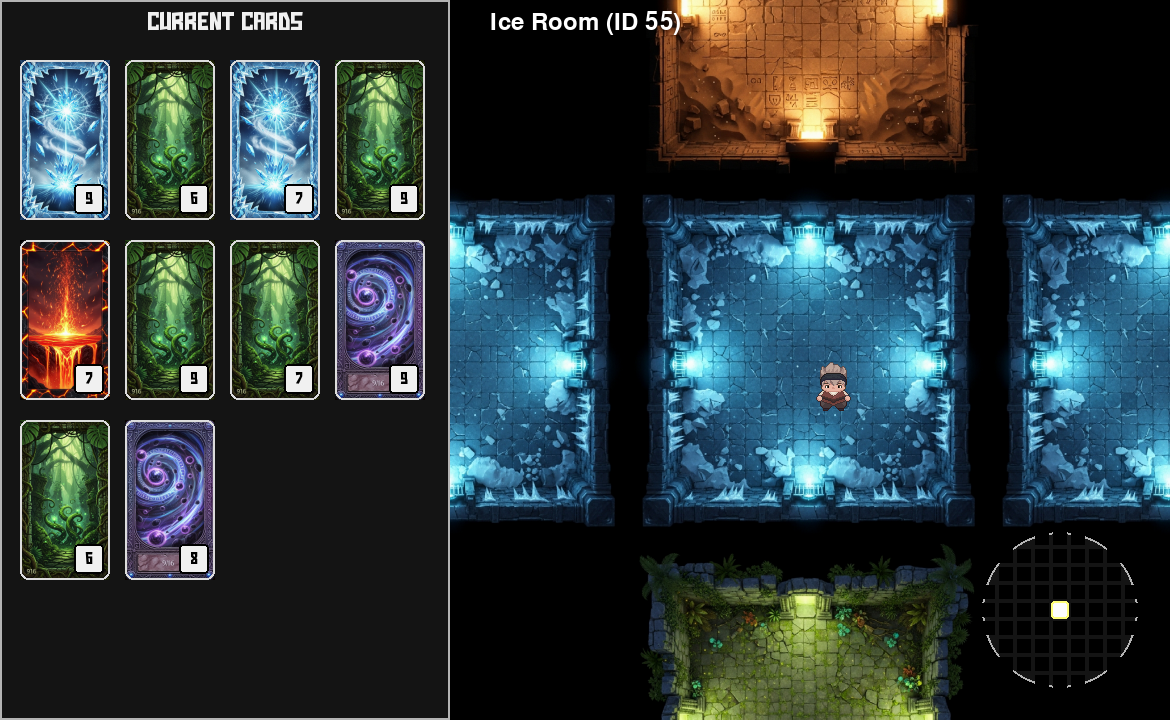
Repository: MehediMim/GateBound
Script's output: python main.py
An editor plug-in stored every save of this project. The script's output is shown before and after a run of saves, followed by the edit.
The window is shown after at most 60 frames with no key pressed. Random numbers start from a fixed seed. It also reads assets/bg_arcane.png, assets/bg_desert.png, assets/bg_ice.png, assets/bg_jungle.png, assets/bg_volcanic.png, assets/card_arcane.jpeg, assets/card_desert.jpeg, assets/card_ice.jpeg, assets/card_jungle.jpeg, assets/card_volcanic.jpeg, assets/player_idle.png, assets/player_walk.png and 1 more files.

Above is the script's output before, as saved 2026-01-27 00:08:00.

### main.py
import pygame
import sys
import random

# =========================
# CONFIG
# =========================
ROOM_ORIGINAL = 720
ROOM_SCALE = 0.5
ROOM_DRAW = int(ROOM_ORIGINAL * ROOM_SCALE)  # 512
FPS = 60
PLAYER_SPEED = 5
DEBUG = False
CARD_WIDTH  = 90
CARD_HEIGHT = 160   # 180 × 16 / 9 ≈ 320

CAN_PASS_DOOR = False

FRAME_SIZE = 64
FRAMES_PER_ROW = 4



DIR_ROW = {
    "bottom": 0,
    "left": 1,
    "top": 2,
    "right": 3
}

selected_card_index = None
show_swap_ui = False

explored_rooms = set()



GRID_W = 10
GRID_H = 10

visited_rooms = set()


# =========================
# UI / LAYOUT (IMPORTANT)
# =========================
SIDEBAR_W = 450            # LEFT UI ONLY
PREVIEW_MARGIN = ROOM_DRAW // 2     # space for half rooms

SCREEN_WIDTH  = SIDEBAR_W + ROOM_DRAW + PREVIEW_MARGIN * 2
SCREEN_HEIGHT = ROOM_DRAW + PREVIEW_MARGIN * 2

CARD_TYPES = ["Jungle", "Desert", "Ice", "Volcanic", "Arcane"]
CARD_MIN_POWER = 1
CARD_MAX_POWER = 9
MAX_CARDS = 10

selected_card_indices = set()


# One card per gate (fixed once generated)
gate_cards = {
    "top":    {"reward": None, "power": None},
    "bottom": {"reward": None, "power": None},
    "left":   {"reward": None, "power": None},
    "right":  {"reward": None, "power": None},
}

def create_random_card():
    return {
        "type": random.choice(CARD_TYPES),
        "power": random.randint(CARD_MIN_POWER, CARD_MAX_POWER)
    }
cards = []
for _ in range(MAX_CARDS):
    c = create_random_card()
    c["power"] = random.randint(6, CARD_MAX_POWER)  # stronger start
    cards.append(c)

def init_gate_cards():
    for d in gate_cards:
        power = random.randint(CARD_MIN_POWER, CARD_MAX_POWER)
        gate_cards[d]["power"] = power

        reward = create_random_card()
        reward["power"] = power   # SAME POWER
        gate_cards[d]["reward"] = reward





# =========================
# INIT
# =========================
pygame.init()
screen = pygame.display.set_mode((SCREEN_WIDTH, SCREEN_HEIGHT))
idle_sheet = pygame.image.load("assets/player_idle.png").convert_alpha()
walk_sheet = pygame.image.load("assets/player_walk.png").convert_alpha()

pygame.display.set_caption("Tower Puzzle — Rooms (10x10)")
clock = pygame.time.Clock()

font = pygame.font.SysFont(None, 36)
map_font = pygame.font.SysFont(None, 14)
retro_font = pygame.font.Font("assets/retro.ttf", 26)
retro_small = pygame.font.Font("assets/retro.ttf", 16)

player_dir = "bottom"   # default facing
player_frame = 0
anim_timer = 0
moving = False


def get_player_frame(direction, frame, moving):
    row = DIR_ROW[direction]
    sheet = walk_sheet if moving else idle_sheet

    x = frame * FRAME_SIZE
    y = row * FRAME_SIZE

    return sheet.subsurface((x, y, FRAME_SIZE, FRAME_SIZE))

# =========================
# ROOM TYPES + BG
# =========================
ROOM_TYPES = ["Jungle", "Desert", "Ice", "Volcanic", "Arcane"]

BG_RAW = {
    "Jungle": pygame.image.load("assets/bg_jungle.png").convert(),
    "Desert": pygame.image.load("assets/bg_desert.png").convert(),
    "Ice": pygame.image.load("assets/bg_ice.png").convert(),
    "Volcanic": pygame.image.load("assets/bg_volcanic.png").convert(),
    "Arcane": pygame.image.load("assets/bg_arcane.png").convert(),
}
card_images = {
    "jungle": pygame.image.load("assets/card_jungle.jpeg").convert_alpha(),
    "desert": pygame.image.load("assets/card_desert.jpeg").convert_alpha(),
    "ice": pygame.image.load("assets/card_ice.jpeg").convert_alpha(),
    "volcanic": pygame.image.load("assets/card_volcanic.jpeg").convert_alpha(),
    "arcane": pygame.image.load("assets/card_arcane.jpeg").convert_alpha(),
}
CARD_IMAGE_KEY = {
    "Jungle": "jungle",
    "Desert": "desert",
    "Ice": "ice",
    "Volcanic": "volcanic",
    "Arcane": "arcane",
}

ROOM_COLORS = {
    "Jungle":   (60, 160, 90),
    "Desert":   (210, 190, 90),
    "Ice":      (140, 200, 255),
    "Volcanic": (200, 80, 60),
    "Arcane":   (160, 110, 210),
}

passed_free_gate = {
    "top": False,
    "bottom": False,
    "left": False,
    "right": False,
}

def update_free_gate():
    for d, g in FREE_GATES.items():
        if player.colliderect(g):
            passed_free_gate[d] = True


BG = {
    k: pygame.transform.smoothscale(v, (ROOM_DRAW, ROOM_DRAW))
    for k, v in BG_RAW.items()
}

for key in card_images:
    card_images[key] = pygame.transform.smoothscale(
        card_images[key],
        (CARD_WIDTH, CARD_HEIGHT)
    )

# =========================
# GAME BOX (UNCHANGED LOGIC)
# =========================
GAME_BOX_RECT = pygame.Rect(
    SIDEBAR_W + PREVIEW_MARGIN,
    PREVIEW_MARGIN,
    ROOM_DRAW,
    ROOM_DRAW
)

ROOM_RECT = GAME_BOX_RECT.copy()

GATE_THICK = 6

# FREE gate is closer to room center (hit first)
FREE_GATES = {
    "top":    pygame.Rect(ROOM_RECT.centerx - 56, ROOM_RECT.top + 28, 112, GATE_THICK),
    "bottom": pygame.Rect(ROOM_RECT.centerx - 56, ROOM_RECT.bottom - 28 - GATE_THICK, 112, GATE_THICK),
    "left":   pygame.Rect(ROOM_RECT.left + 28, ROOM_RECT.centery - 56, GATE_THICK, 112),
    "right":  pygame.Rect(ROOM_RECT.right - 28 - GATE_THICK, ROOM_RECT.centery - 56, GATE_THICK, 112),
}

# LOCKED gate is closer to the edge (hit second)
LOCKED_GATES = {
    "top":    pygame.Rect(ROOM_RECT.centerx - 56, ROOM_RECT.top + 12, 112, GATE_THICK),
    "bottom": pygame.Rect(ROOM_RECT.centerx - 56, ROOM_RECT.bottom - 12 - GATE_THICK, 112, GATE_THICK),
    "left":   pygame.Rect(ROOM_RECT.left + 12, ROOM_RECT.centery - 56, GATE_THICK, 112),
    "right":  pygame.Rect(ROOM_RECT.right - 12 - GATE_THICK, ROOM_RECT.centery - 56, GATE_THICK, 112),
}


# =========================
# DOORS
# =========================
DOORS = {
    "top":    pygame.Rect(ROOM_RECT.centerx - 56, ROOM_RECT.top - 112, 112, 112),
    "bottom": pygame.Rect(ROOM_RECT.centerx - 56, ROOM_RECT.bottom,     112, 112),
    "left":   pygame.Rect(ROOM_RECT.left - 112,   ROOM_RECT.centery - 56, 112, 112),
    "right":  pygame.Rect(ROOM_RECT.right,        ROOM_RECT.centery - 56, 112, 112),
}

WALL_THICK = 32

WALLS = {
    "top": pygame.Rect(
        ROOM_RECT.left, ROOM_RECT.top,
        ROOM_DRAW, WALL_THICK
    ),
    "bottom": pygame.Rect(
        ROOM_RECT.left, ROOM_RECT.bottom - WALL_THICK,
        ROOM_DRAW, WALL_THICK
    ),
    "left": pygame.Rect(
        ROOM_RECT.left, ROOM_RECT.top,
        WALL_THICK, ROOM_DRAW
    ),
    "right": pygame.Rect(
        ROOM_RECT.right - WALL_THICK, ROOM_RECT.top,
        WALL_THICK, ROOM_DRAW
    ),
}


WALK_RECT = ROOM_RECT.copy()
for r in DOORS.values():
    WALK_RECT.union_ip(r)

SPAWN = ROOM_RECT.center

# =========================
# WORLD (10x10 FIXED)
# =========================
rooms = {}

def room_id(x, y):
    return y * GRID_W + x

def create_world():
    for y in range(GRID_H):
        for x in range(GRID_W):
            rid = room_id(x, y)
            links = {}
            if y > 0: links["top"] = room_id(x, y - 1)
            if y < GRID_H - 1: links["bottom"] = room_id(x, y + 1)
            if x > 0: links["left"] = room_id(x - 1, y)
            if x < GRID_W - 1: links["right"] = room_id(x + 1, y)

            rooms[rid] = {
                "id": rid,
                "pos": (x, y),
                "type": random.choice(ROOM_TYPES),
                "links": links,
                "open_gates": {d: False for d in links}   # 👈 ADD THIS
            }


create_world()
current = room_id(GRID_W // 2, GRID_H // 2)
init_gate_cards()
visited_rooms.add(current)



# =========================
# PLAYER
# =========================
player = pygame.Rect(0, 0, 16, 16)
player.center = SPAWN

# =========================
# CARDS
# =========================


# =========================
# MOVEMENT
# =========================
def move(dx, dy):
    # X
    player.x += dx
    for w in get_blocking_walls():
        if player.colliderect(w):
            if dx > 0: player.right = w.left
            if dx < 0: player.left = w.right



    # Y
    player.y += dy
    for w in get_blocking_walls():
        if player.colliderect(w):
            if dy > 0: player.bottom = w.top
            if dy < 0: player.top = w.bottom

    for d, g in LOCKED_GATES.items():
        if rooms[current]["open_gates"].get(d, False):
            continue

        if not passed_free_gate[d]:
            continue
        if player.colliderect(g):
            if dx > 0: player.right = g.left
            if dx < 0: player.left = g.right
            if dy > 0: player.bottom = g.top
            if dy < 0: player.top = g.bottom

def can_interact_gate():
    d = get_free_gate_dir()
    if d is None:
        return None

    # gate already permanently open → no interaction
    if rooms[current]["open_gates"].get(d, False):
        return None

    return d



def try_swap_with_gate(d, selected_indices):
    global cards

    required_type = get_next_room_type(d)
    required_power = gate_cards[d]["power"]

    chosen = [cards[i] for i in selected_indices]

    # TYPE CHECK
    if any(c["type"] != required_type for c in chosen):
        return False

    # POWER SUM CHECK
    if sum(c["power"] for c in chosen) < required_power:
        return False


    # REMOVE GIVEN CARDS
    for i in sorted(selected_indices, reverse=True):
        cards.pop(i)

    # ADD REWARD CARD
    cards.append(gate_cards[d]["reward"])

    cur = current
    nxt = rooms[current]["links"][d]

    # open gate both sides
    rooms[cur]["open_gates"][d] = True

    opposite = {"top":"bottom", "bottom":"top", "left":"right", "right":"left"}
    rooms[nxt]["open_gates"][opposite[d]] = True

    change_room(d)

    return True



def change_room(direction):
    global current, passed_free_gate

    # mark neighbors as explored
    for nxt in rooms[current]["links"].values():
        explored_rooms.add(nxt)

    if direction in rooms[current]["links"]:
        current = rooms[current]["links"][direction]
        visited_rooms.add(current)
        explored_rooms.add(current)

        player.center = SPAWN
        passed_free_gate = {k: False for k in passed_free_gate}


def can_use_card_for_gate(card, d):
    if d is None:
        return False

    required_type = get_next_room_type(d)
    required_power = gate_cards[d]["power"]

    if card["type"] != required_type:
        return False

    # total power of ALL SAME-TYPE cards (including this one)
    total = sum(
        c["power"] for c in cards
        if c["type"] == required_type
    )

    # glow ONLY if reaching the requirement is possible
    return total >= required_power



def handle_doors():
    global current

    for d, r in DOORS.items():
        if not rooms[current]["open_gates"].get(d, False):
            continue

        if player.colliderect(r):
            prev = current
            current = rooms[current]["links"].get(d, current)
            player.center = SPAWN

            # clear transient states ONLY
            for k in passed_free_gate:
                passed_free_gate[k] = False

            # ensure gate is open from BOTH sides
            opposite = {
                "top": "bottom",
                "bottom": "top",
                "left": "right",
                "right": "left"
            }[d]

            rooms[current].setdefault("open_gates", {})
            rooms[current]["open_gates"][opposite] = True

            init_gate_cards()
            break

def draw_press_e_hint():
    d = get_free_gate_dir()

    if d is None:
        return
    txt = retro_small.render("PRESS E", True, (255, 255, 255))
    screen.blit(txt, (player.centerx - txt.get_width() // 2, player.top - 20))


# =========================
# DRAW UI
# =========================

def draw_cards_title():
    text = retro_font.render("CURRENT CARDS", True, (240, 240, 240))
    x = (SIDEBAR_W - text.get_width()) // 2
    y = 10
    screen.blit(text, (x, y))


def draw_cards():
    start_x = 20
    start_y = 60
    gap_x = 15
    gap_y = 20
    cards_per_row = 4

    for i, c in enumerate(cards):
        key = CARD_IMAGE_KEY[c["type"]]

        row = i // cards_per_row
        col = i % cards_per_row

        x = start_x + col * (CARD_WIDTH + gap_x)
        y = start_y + row * (CARD_HEIGHT + gap_y)

        # card image
        screen.blit(card_images[key], (x, y))

        # GLOW IF CARD CAN BE USED FOR CURRENT GATE
        d = can_interact_gate()
        if d and can_use_card_for_gate(c, d):
            glow = pygame.Surface((CARD_WIDTH, CARD_HEIGHT), pygame.SRCALPHA)
            glow.fill((255, 255, 255, 50))
            screen.blit(glow, (x, y))


        # border
        if i in selected_card_indices:
            # glow border
            pygame.draw.rect(
                screen,
                (255, 255, 120),   # glow color
                (x-3, y-3, CARD_WIDTH+6, CARD_HEIGHT+6),
                3,
                border_radius=10
            )

        pygame.draw.rect(
            screen,
            (220, 220, 220),
            (x, y, CARD_WIDTH, CARD_HEIGHT),
            2,
            border_radius=8
        )


        # 🔥 POWER BADGE (BOTTOM-RIGHT)
        power_text = retro_small.render(str(c["power"]), True, (0, 0, 0))
        badge_size = 30
        badge_x = x + CARD_WIDTH - badge_size - 6
        badge_y = y + CARD_HEIGHT - badge_size - 6

        pygame.draw.rect(
            screen,
            (240, 240, 240),
            (badge_x, badge_y, badge_size, badge_size),
            border_radius=4
        )
        pygame.draw.rect(
            screen,
            (0, 0, 0),
            (badge_x, badge_y, badge_size, badge_size),
            2,
            border_radius=4
        )

        screen.blit(
            power_text,
            (
                badge_x + (badge_size - power_text.get_width()) // 2,
                badge_y + (badge_size - power_text.get_height()) // 2
            )
        )


def get_free_gate_dir():
    for d, g in FREE_GATES.items():
        if player.colliderect(g):
            return d
    return None

def draw_full_card(card, x, y):
    key = CARD_IMAGE_KEY[card["type"]]

    # image
    screen.blit(card_images[key], (x, y))

    # border
    pygame.draw.rect(
        screen,
        (220, 220, 220),
        (x, y, CARD_WIDTH, CARD_HEIGHT),
        2,
        border_radius=8
    )

    # power badge
    badge_size = 30
    badge_x = x + CARD_WIDTH - badge_size - 6
    badge_y = y + CARD_HEIGHT - badge_size - 6

    pygame.draw.rect(
        screen,
        (240, 240, 240),
        (badge_x, badge_y, badge_size, badge_size),
        border_radius=4
    )
    pygame.draw.rect(
        screen,
        (0, 0, 0),
        (badge_x, badge_y, badge_size, badge_size),
        2,
        border_radius=4
    )

    power_text = retro_small.render(str(card["power"]), True, (0, 0, 0))
    screen.blit(
        power_text,
        (
            badge_x + (badge_size - power_text.get_width()) // 2,
            badge_y + (badge_size - power_text.get_height()) // 2
        )
    )



def draw_debug_borders():
    # Sidebar
    pygame.draw.rect(screen, (255, 0, 0), (0, 0, SIDEBAR_W, SCREEN_HEIGHT), 2)

    # Main room
    pygame.draw.rect(screen, (0, 255, 0), ROOM_RECT, 2)

    # Doors
    for w in get_blocking_walls():
        pygame.draw.rect(screen, (255, 0, 0), w, 2)

    for g in FREE_GATES.values():
        pygame.draw.rect(screen, (0, 255, 0), g, 2)   # first = free

    for g in LOCKED_GATES.values():
        pygame.draw.rect(screen, (255, 255, 0), g, 2) # second = needs E


    # Walkable area
    pygame.draw.rect(screen, (0, 200, 255), WALK_RECT, 2)

    # Card slots
    start_x = 20
    start_y = 60
    gap_x = 15
    gap_y = 20
    cards_per_row = 4

    for i in range(MAX_CARDS):
        row = i // cards_per_row
        col = i % cards_per_row

        x = start_x + col * (CARD_WIDTH + gap_x)
        y = start_y + row * (CARD_HEIGHT + gap_y)

        pygame.draw.rect(
            screen,
            (255, 0, 255),
            (x, y, CARD_WIDTH, CARD_HEIGHT),
            1
        )


def get_blocking_walls():
    blocks = []

    for side, wall in WALLS.items():
        door = DOORS[side]
        left_part = wall.clip(
            pygame.Rect(wall.left, wall.top, door.left - wall.left, wall.height)
        )
        right_part = wall.clip(
            pygame.Rect(door.right, wall.top, wall.right - door.right, wall.height)
        )

        if wall.width > wall.height:  # horizontal wall
            blocks.append(pygame.Rect(wall.left, wall.top, door.left - wall.left, wall.height))
            blocks.append(pygame.Rect(door.right, wall.top, wall.right - door.right, wall.height))
        else:  # vertical wall
            blocks.append(pygame.Rect(wall.left, wall.top, wall.width, door.top - wall.top))
            blocks.append(pygame.Rect(wall.left, door.bottom, wall.width, wall.bottom - door.bottom))

    return blocks

def get_next_room_type(d):
    nxt = rooms[current]["links"].get(d)
    if nxt is None:
        return None
    return rooms[nxt]["type"]

def draw_minimap():
    panel_size = 160
    panel_x = SCREEN_WIDTH - panel_size - 30
    panel_y = SCREEN_HEIGHT - panel_size - 30

    center = (
        panel_x + panel_size // 2,
        panel_y + panel_size // 2
    )
    radius_px = panel_size // 2 - 2


    node = 14
    gap = 4
    step = node + gap
    radius = 5  # how many rooms around current

    center = (panel_x + panel_size // 2, panel_y + panel_size // 2)
    radius_px = panel_size // 2 -2

    pygame.draw.circle(screen, (20, 20, 20), center, radius_px)
    pygame.draw.circle(screen, (180, 180, 180), center, radius_px, 2)

    cx0, cy0 = rooms[current]["pos"]

    center_x = panel_x + panel_size // 2 - node // 2
    center_y = panel_y + panel_size // 2 - node // 2

    for dy in range(-radius, radius + 1):
        for dx in range(-radius, radius + 1):
            nx = cx0 + dx
            ny = cy0 + dy

            if nx < 0 or ny < 0 or nx >= GRID_W or ny >= GRID_H:
                continue

            rid = room_id(nx, ny)

            x = center_x + dx * step
            y = center_y + dy * step

            if rid == current:
                color = (255, 255, 255)  # CURRENT
            elif rid in visited_rooms:
                color = (245, 245, 245)  # VISITED
            elif rid in explored_rooms:
                color = ROOM_COLORS[rooms[rid]["type"]]  # EXPLORED
            else:
                color = (0, 0, 0)  # UNKNOWN

            rx = x + node // 2
            ry = y + node // 2


            # draw cell (inside circular mask check)
            if (rx - center[0])**2 + (ry - center[1])**2 <= radius_px**2:
                pygame.draw.rect(screen, color, (x, y, node, node))

                # 🔥 CURRENT ROOM GLOW
                if rid == current:
                    pygame.draw.rect(
                        screen,
                        (255, 255, 120),           # glow color
                        (x - 2, y - 2, node + 4, node + 4),
                        2,
                        border_radius=3
                    )

def draw_card(screen, card_type, x, y):
    draw_full_card(card_type, x, y)


def draw_card_with_border(screen, card_type, x, y):
    screen.blit(card_images[card_type], (x, y))
    pygame.draw.rect(
        screen,
        (220, 220, 220),  # light border
        (x, y, CARD_WIDTH, CARD_HEIGHT),
        2
    )

def draw_selected_card(screen, card_type, x, y):
    screen.blit(card_images[card_type], (x, y))
    glow_rect = pygame.Surface((CARD_WIDTH, CARD_HEIGHT), pygame.SRCALPHA)
    glow_rect.fill((255, 255, 255, 40))  # soft white glow
    screen.blit(glow_rect, (x, y))

def draw_gate_card_popup():
    d = can_interact_gate()
    if d is None:
        return

    give_type = get_next_room_type(d)
    power = gate_cards[d]["power"]
    reward = gate_cards[d]["reward"]

    cx = ROOM_RECT.centerx
    cy = ROOM_RECT.centery

    # GIVE
    txt1 = retro_small.render("YOU GIVE", True, (255,255,255))
    screen.blit(txt1, (cx-120, cy-140))
    draw_full_card({"type": give_type, "power": power}, cx-150, cy-110)

    # GET
    txt2 = retro_small.render("YOU GET", True, (255,255,255))
    screen.blit(txt2, (cx+30, cy-140))
    draw_full_card(reward, cx+30, cy-110)


def draw_swap_button():
    if not show_swap_ui or not selected_card_indices:
        return None


    rect = pygame.Rect(
        ROOM_RECT.centerx - 60,
        ROOM_RECT.centery + CARD_HEIGHT//2 + 20,
        120, 40
    )

    pygame.draw.rect(screen, (80,180,80), rect, border_radius=6)
    pygame.draw.rect(screen, (0,0,0), rect, 2)

    txt = retro_small.render("SWAP", True, (0,0,0))
    screen.blit(txt, (rect.centerx - txt.get_width()//2,
                      rect.centery - txt.get_height()//2))
    return rect


# =========================
# LOOP
# =========================
while True:
    clock.tick(FPS)
    pressed_e = False
    for e in pygame.event.get():
        if e.type == pygame.QUIT:
            pygame.quit()
            sys.exit()
        if e.type == pygame.KEYDOWN and e.key == pygame.K_e:
            pressed_e = True

    if show_swap_ui and e.type == pygame.MOUSEBUTTONDOWN:
        mx, my = e.pos
        start_x = 20
        start_y = 60
        gap_x = 15
        gap_y = 20
        cards_per_row = 4
        for i, c in enumerate(cards):
            row = i // cards_per_row
            col = i % cards_per_row
            x = start_x + col * (CARD_WIDTH + gap_x)
            y = start_y + row * (CARD_HEIGHT + gap_y)

            card_rect = pygame.Rect(x, y, CARD_WIDTH, CARD_HEIGHT)
            if card_rect.collidepoint(mx, my):
                if i in selected_card_indices:
                    selected_card_indices.remove(i)
                else:
                    selected_card_indices.add(i)
                break



    if show_swap_ui and e.type == pygame.MOUSEBUTTONDOWN:
        btn = draw_swap_button()
        if btn and btn.collidepoint(e.pos):
            d = can_interact_gate()
            if d and selected_card_indices:
                if try_swap_with_gate(d, selected_card_indices):
                    selected_card_indices.clear()





    k = pygame.key.get_pressed()
    dx = dy = 0
    if k[pygame.K_a] or k[pygame.K_LEFT]: dx -= PLAYER_SPEED
    if k[pygame.K_d] or k[pygame.K_RIGHT]: dx += PLAYER_SPEED
    if k[pygame.K_w] or k[pygame.K_UP]: dy -= PLAYER_SPEED
    if k[pygame.K_s] or k[pygame.K_DOWN]: dy += PLAYER_SPEED

    move(dx, dy)
        # === STEP 4: animation update ===
    if dx != 0 or dy != 0:
        moving = True

        if dy > 0: player_dir = "bottom"
        elif dy < 0: player_dir = "top"
        elif dx < 0: player_dir = "left"
        elif dx > 0: player_dir = "right"

        anim_timer += 1
        if anim_timer >= 8:        # animation speed
            anim_timer = 0
            player_frame = (player_frame + 1) % 4
    else:
        moving = False
        player_frame = 0





    handle_doors()

    update_free_gate()

    gate_dir = can_interact_gate()
    show_swap_ui = gate_dir is not None



    screen.fill((0,0,0))

    # Sidebar
    pygame.draw.rect(screen, (20,20,20), (0,0,SIDEBAR_W,SCREEN_HEIGHT))
    pygame.draw.rect(screen, (180,180,180), (0,0,SIDEBAR_W,SCREEN_HEIGHT), 2)

    # Game box border
    pygame.draw.rect(screen, (30,30,30), GAME_BOX_RECT)
    pygame.draw.rect(screen, (180,180,180), GAME_BOX_RECT, 2)

    room = rooms[current]
    cx, cy = ROOM_RECT.topleft
    w = h = ROOM_DRAW
    half = w // 2

    # Center
    screen.blit(BG[room["type"]], (cx, cy))

    # Neighbors (VISIBLE, NOT CLIPPED)
    if "top" in room["links"]:
        t = rooms[room["links"]["top"]]
        screen.blit(BG[t["type"]].subsurface((0, half, w, half)), (cx, cy-half))
    if "bottom" in room["links"]:
        b = rooms[room["links"]["bottom"]]
        screen.blit(BG[b["type"]].subsurface((0, 0, w, half)), (cx, cy+w))
    if "left" in room["links"]:
        l = rooms[room["links"]["left"]]
        screen.blit(BG[l["type"]].subsurface((half, 0, half, h)), (cx-half, cy))
    if "right" in room["links"]:
        r = rooms[room["links"]["right"]]
        screen.blit(BG[r["type"]].subsurface((0, 0, half, h)), (cx+w, cy))

    # === STEP 5: draw animated player ===
    img = get_player_frame(player_dir, player_frame, moving)
    screen.blit(img, player.topleft)

    draw_press_e_hint()
    draw_cards_title()
    # draw_cards()
    # draw_gate_card_popup()


    draw_cards()
    # draw_cards()
    draw_minimap()
    draw_gate_card_popup()
    draw_swap_button()



    label = font.render(f"{room['type']} Room (ID {current})", True, (255,255,255))
    screen.blit(label, (SCREEN_WIDTH//2 - label.get_width()//2, 10))


    if DEBUG:
        draw_debug_borders()


    pygame.display.flip()

After the next 2 saves:
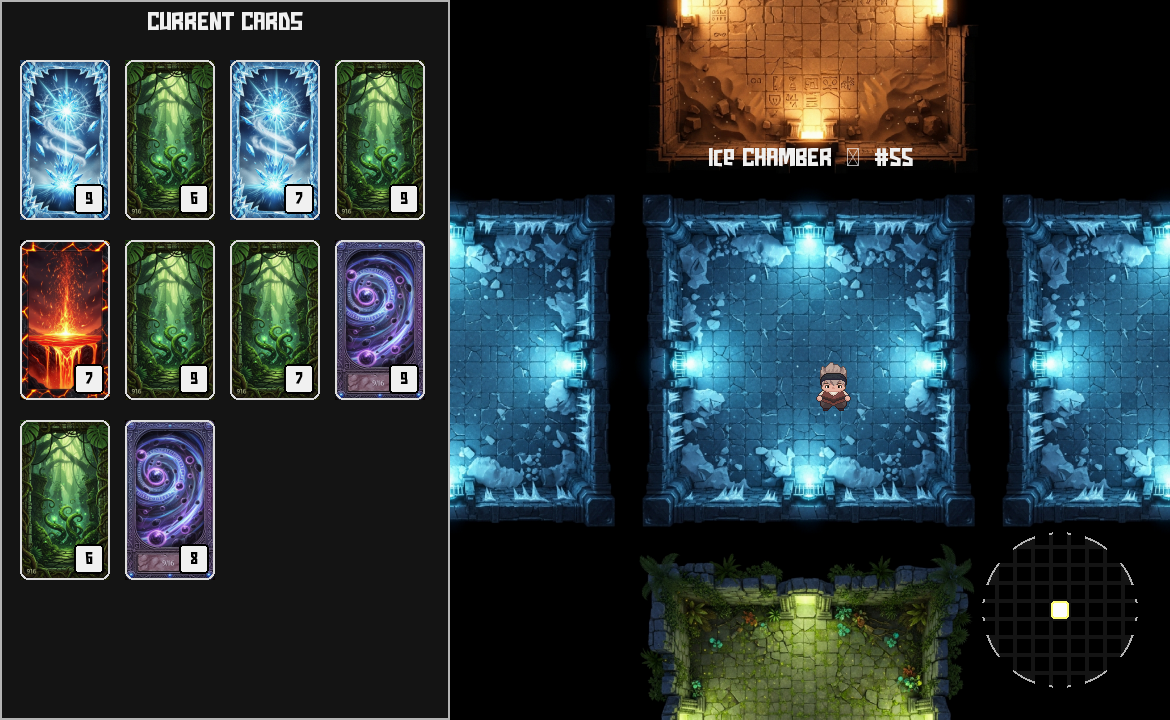
The 2 saves are shown as one change because they came seconds apart.
The last was saved 3 min 21 s later.
--- a/main.py
+++ b/main.py
@@ -928,8 +928,14 @@ while True:
 
 
 
-    label = font.render(f"{room['type']} Room (ID {current})", True, (255,255,255))
-    screen.blit(label, (SCREEN_WIDTH//2 - label.get_width()//2, 10))
+    title_text = f"{room['type']} CHAMBER  •  #{current}"
+    title = retro_font.render(title_text, True, (240, 240, 240))
+
+    title_x = GAME_BOX_RECT.centerx - title.get_width() // 2
+    title_y = GAME_BOX_RECT.top - 34
+
+    screen.blit(title, (title_x, title_y))
+
 
 
     if DEBUG:
